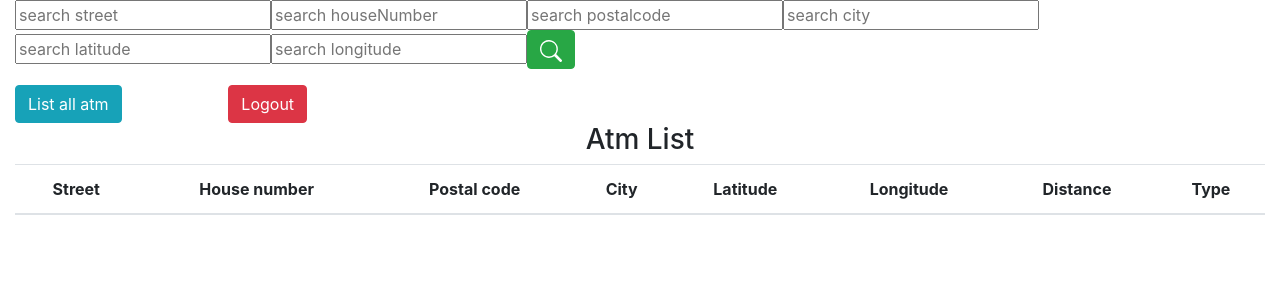
Repository: alessio-dommidommi/test-atmWeb
Page: http://localhost/listAtm
The author's editor kept a copy of each file at every save. The page is drawn from the files as they stood at one save, then again after the next save.
The browser window is 1280 px wide. The pictures show the whole page.
The page is this project's Thymeleaf template; nobody is signed in. The template is opened directly, without the code that normally fills it, so the values that code supplies are empty.

Above is the page before, as saved 2021-03-02 15:29:42.

### AtmWeb.zip_expanded/AtmWeb/src/main/resources/templates/listAtm.html
<!DOCTYPE html>
<html lang="it-it">
<head>
    <meta charset="utf-8">
    <meta name="viewport" content="width=device-width, initial-scale=1">
    <link rel="stylesheet" href="https://cdn.jsdelivr.net/npm/bootstrap@4.5.3/dist/css/bootstrap.min.css" integrity="sha384-TX8t27EcRE3e/ihU7zmQxVncDAy5uIKz4rEkgIXeMed4M0jlfIDPvg6uqKI2xXr2" crossorigin="anonymous">
    <script src="https://code.jquery.com/jquery-3.5.1.slim.min.js" integrity="sha384-DfXdz2htPH0lsSSs5nCTpuj/zy4C+OGpamoFVy38MVBnE+IbbVYUew+OrCXaRkfj" crossorigin="anonymous"></script>
    <script src="https://cdn.jsdelivr.net/npm/bootstrap@4.5.3/dist/js/bootstrap.bundle.min.js" integrity="sha384-ho+j7jyWK8fNQe+A12Hb8AhRq26LrZ/JpcUGGOn+Y7RsweNrtN/tE3MoK7ZeZDyx" crossorigin="anonymous"></script>



</head>
<body>


<div class="container-fluid">
  <div class="row">

      <div class="col-sm-12">
            <div class="text-right ">
              <form th:action="@{/searchAtm}"  th:method="post" th:object="${searchAtm}">
                <div class="form-group form-inline">
                  <input type="text" placeholder="search street" th:field="${searchAtm.address.street}" >
                  <input type="text" placeholder="search houseNumber" th:field="${searchAtm.address.housenumber}">
                  <input type="text" placeholder="search postalcode" th:field="${searchAtm.address.postalcode}" >
                  <input type="text" placeholder="search city" th:field="${searchAtm.address.city}" >
                  <input type="text" placeholder="search latitude" th:field="${searchAtm.address.geoLocation.lat}" >
                  <input type="text" placeholder="search longitude" th:field="${searchAtm.address.geoLocation.lng}" >

                  <button type="submit" class="btn btn-success " >
                    <svg xmlns="http://www.w3.org/2000/svg" width="22" height="22" fill="currentColor" class="bi bi-search" viewBox="0 0 16 16">
                      <path d="M11.742 10.344a6.5 6.5 0 1 0-1.397 1.398h-.001c.03.04.062.078.098.115l3.85 3.85a1 1 0 0 0 1.415-1.414l-3.85-3.85a1.007 1.007 0 0 0-.115-.1zM12 6.5a5.5 5.5 0 1 1-11 0 5.5 5.5 0 0 1 11 0z"/>
                    </svg>
                  </button>
                </div>

              </form>
            </div>
          </div>

  </div>
  <div class="row">
    <div class="col-sm-2">
       <a th:href="@{/atms}" class="btn btn-info" role="button">List all atm </a>
    </div>
    <div class="col-sm-2">
       <form th:action="@{/logout}" method="post">
		 <button type="submit" class="btn btn-danger" > Logout </button>
       </form>
    </div>
  </div>


  <div class="row">
    <div class="col-sm-12 text-center">
      <h3 >Atm List </h3>
    </div>
  </div>

  <div class="row">

              <div class="col-sm-12 text-center">
                <div class="table-responsive">
                    <table class="table table-striped">
                      <thead class="thead">
                         <tr>
                           <th scope="col">Street</th>
                           <th scope="col">House number</th>
                           <th scope="col">Postal code</th>
                           <th scope="col">City</th>
                           <th scope="col">Latitude</th>
                           <th scope="col">Longitude </th>
                           <th scope="col">Distance </th>
                           <th scope="col">Type </th>
                         </tr>
                       </thead>
                       <tbody>
                         <tr th:each="atm : ${listAtm}">

                           <td th:text="${atm.address.street}">  </td>
                           <td th:text="${atm.address.housenumber}">  </td>
                           <td th:text="${atm.address.postalcode}">  </td>
                           <td th:text="${atm.address.city}">  </td>
                           <td th:text="${atm.address.geoLocation.lat}">  </td>
                           <td th:text="${atm.address.geoLocation.lng}">  </td>
                           <td th:text="${atm.distance}">  </td>
                           <td th:text="${atm.type}">  </td>

                         </tr>
                      </tbody>
                    </table>
                </div>
              </div>

        </div>

</div>





</body>
</html>

After the next save:
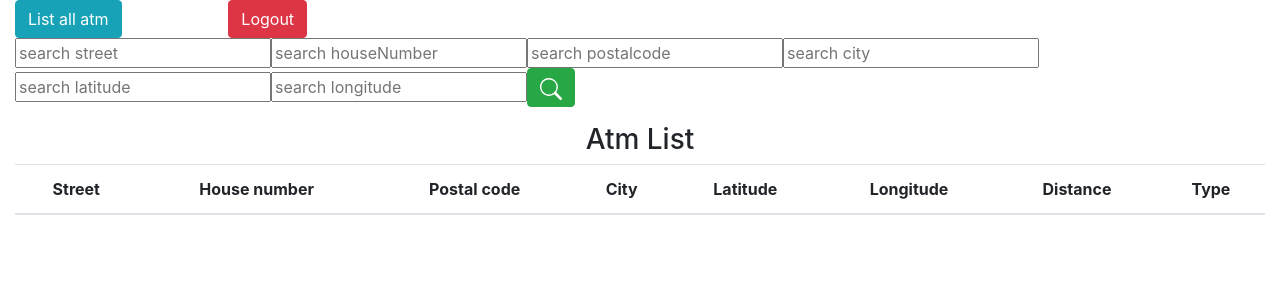
Saved 116 s later.
--- a/AtmWeb.zip_expanded/AtmWeb/src/main/resources/templates/listAtm.html
+++ b/AtmWeb.zip_expanded/AtmWeb/src/main/resources/templates/listAtm.html
@@ -15,7 +15,16 @@
 
 <div class="container-fluid">
   <div class="row">
-
+    <div class="col-sm-2">
+       <a th:href="@{/atms}" class="btn btn-info" role="button">List all atm </a>
+    </div>
+    <div class="col-sm-2">
+       <form th:action="@{/logout}" method="post">
+		 <button type="submit" class="btn btn-danger" > Logout </button>
+       </form>
+    </div>
+  </div>
+  <div class="row">
       <div class="col-sm-12">
             <div class="text-right ">
               <form th:action="@{/searchAtm}"  th:method="post" th:object="${searchAtm}">
@@ -33,23 +42,10 @@
                     </svg>
                   </button>
                 </div>
-
               </form>
             </div>
           </div>
-
   </div>
-  <div class="row">
-    <div class="col-sm-2">
-       <a th:href="@{/atms}" class="btn btn-info" role="button">List all atm </a>
-    </div>
-    <div class="col-sm-2">
-       <form th:action="@{/logout}" method="post">
-		 <button type="submit" class="btn btn-danger" > Logout </button>
-       </form>
-    </div>
-  </div>
-
 
   <div class="row">
     <div class="col-sm-12 text-center">
